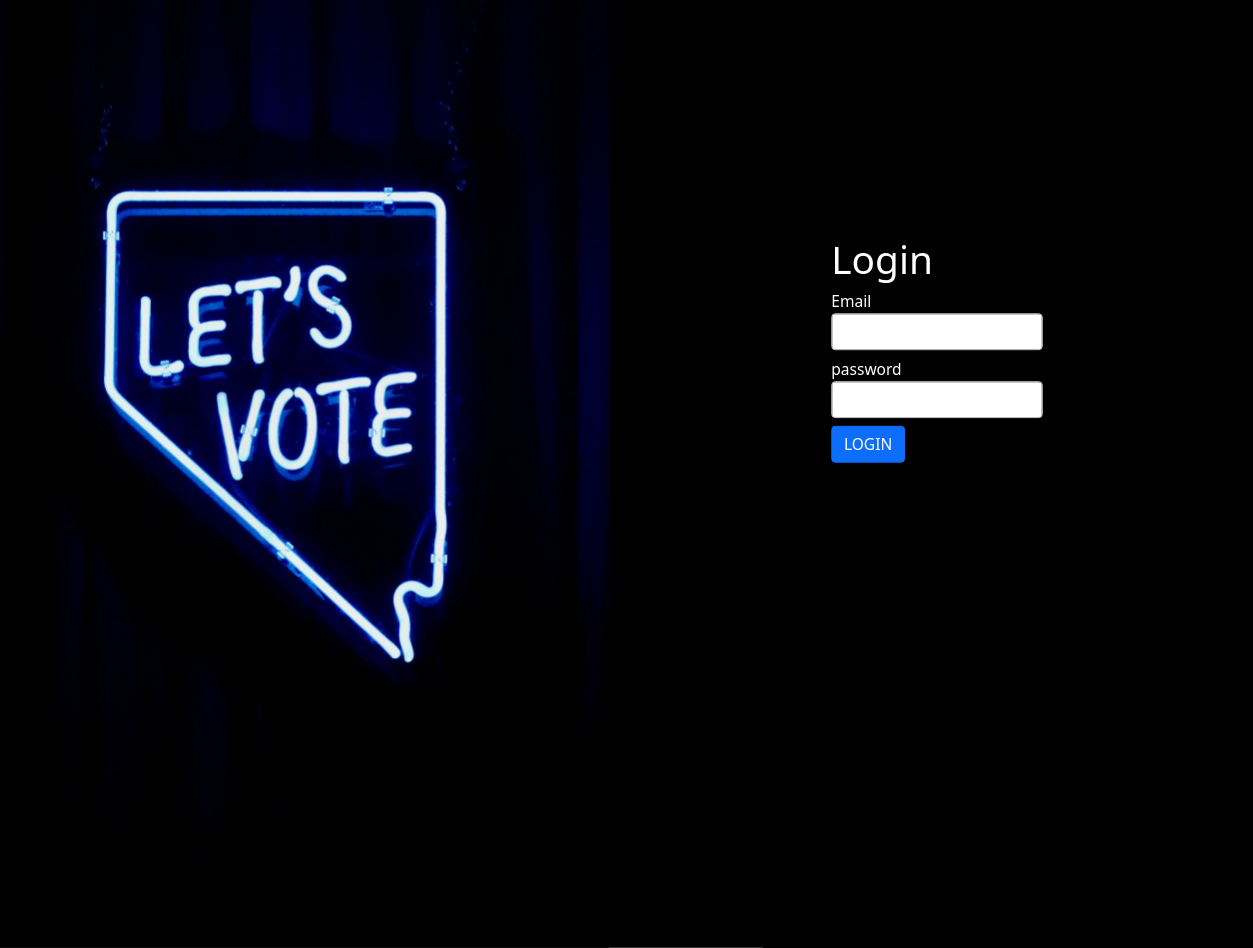
Repository: DavidManiIbrahim/Voting-app
Page: Login.html
An editor plug-in stored every save of this project. The page is shown before and after the next save, followed by the edit.
The browser window is 1280 px wide. The page is 1292 px wide, so the pictures cover 1292 px, including what lies to the right of the window. The pictures show the whole page, at 97% of full size.

Above is the page before, as saved 2025-01-18 07:08:35.

### Login.html
<!DOCTYPE html>
<html lang="en">
<head>
    <meta charset="UTF-8">
    <meta name="viewport" content="width=device-width, initial-scale=1.0">
    <title>Login Page</title>
    <link rel="stylesheet" href="./bootstrap.css">
</head>
<body>

<style>
    form{
        position: relative;
        top: 20%;
    }
    .hero{
        background: #000;
    }
</style>

<div class="row hero">
    <div class="col-md  container-fluid">
        <img src="./unsplash_LA1VawaCjjI.svg" alt="login image" class=" img-fluid" width="100%">
    </div>
    <div class="col-md text-white align-items-center">
        <form action="" class="w-50 p-5 m-auto ">
            <h1>Login</h1>
            <label for="email" class="form-label">Email  <br>
                <input class="form-control" type="text">
            </label> <br>
            <label class="form-label"" for="password">password  <br>
                <input class="form-control" type="password" class="form-text">
            </label> <br>
            <span></span>
            <button class="btn btn-primary">LOGIN</button>
        </form>
    </div>
</div>








<script src="./bootstrap.min.js"></script>
</body>
</html>

Loaded but not shown: bootstrap.css (library); bootstrap.min.js (library)

After the next save:
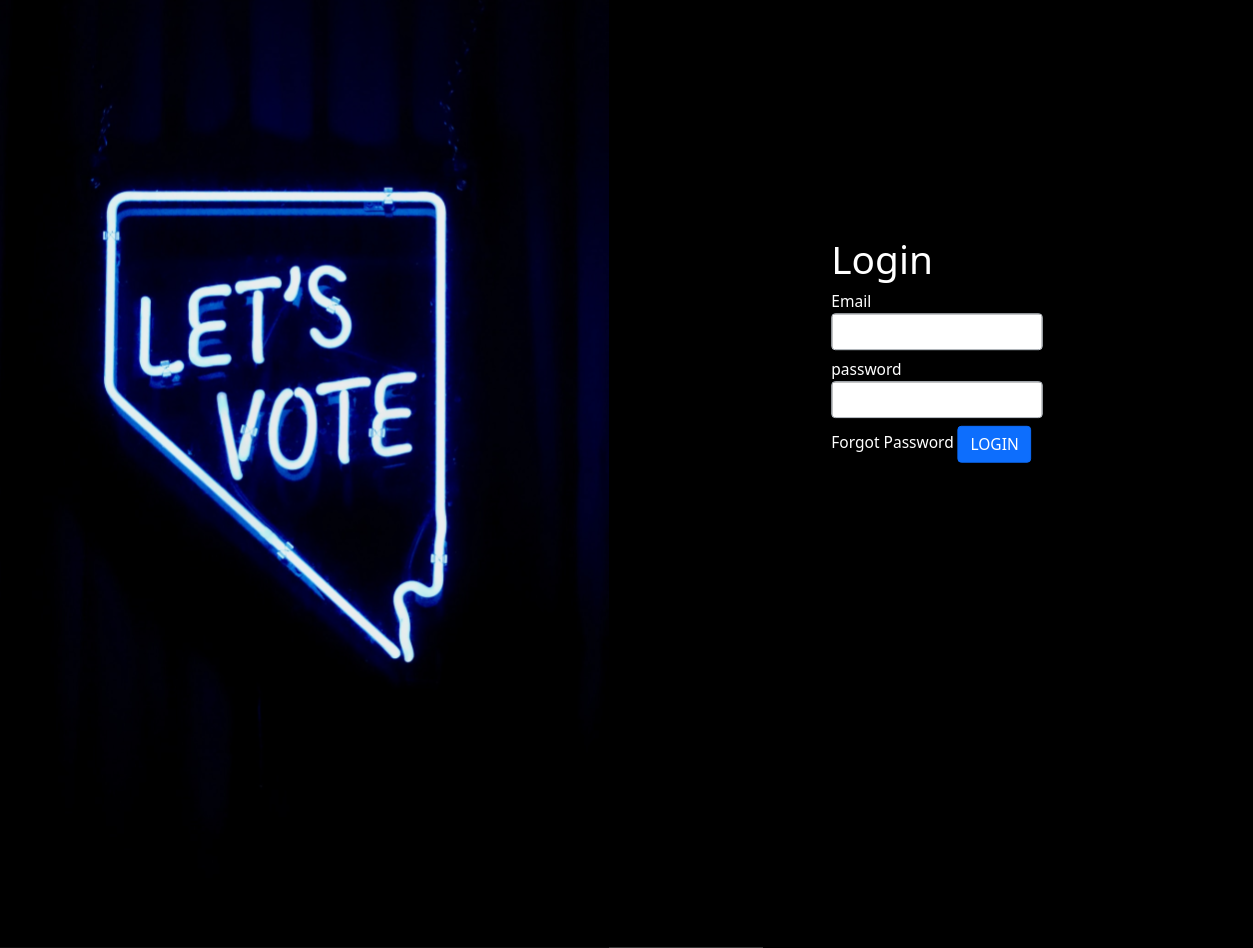
Saved 9 s later.
--- a/Login.html
+++ b/Login.html
@@ -31,7 +31,7 @@
             <label class="form-label"" for="password">password  <br>
                 <input class="form-control" type="password" class="form-text">
             </label> <br>
-            <span></span>
+            <span>Forgot Password</span>
             <button class="btn btn-primary">LOGIN</button>
         </form>
     </div>
